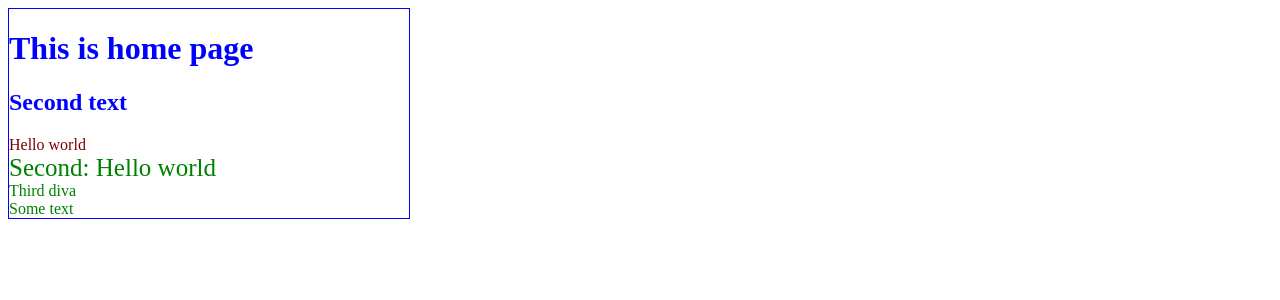
Repository: Vincerenko/Web-site
Page: http://localhost/index
An editor plug-in stored every save of this project. The page is shown before and after the next save, followed by the edit.
The browser window is 1280 px wide. The pictures show the whole page.
The page is this project's Thymeleaf template; nobody is signed in. The template is opened directly, without the code that normally fills it, so the values that code supplies are empty.

Above is the page before, as saved 2021-03-12 18:46:01.

### ckj_13_mvc/src/main/resources/templates/index.html
<!DOCTYPE html>
<html>
<head>
<meta charset="UTF-8">
<title>Home page</title>
<link rel="stylesheet" href="/style/demo.css">
</head>

<body>
	<div class="container">
		<h1>This is home page</h1>
		<h2>Second text</h2>
		<div id="first">Hello world</div>
		<div class="green_text big_text">Second: Hello world</div>
		<div class="green_text">Third diva</div>
		<span class="green_text">Some text</span>
	</div>
</body>
</html>

### ckj_13_mvc/src/main/resources/static/style/demo.css
@charset "UTF-8";
h1,h2 {
	color: blue;
	}
#first {
color:maroon;
}

.green_text{
 	color:green;
}
.big_text{
font-size: 25px;
}

.container{
	border: 1px double blue;
	width: 400px;
}

After the next save:
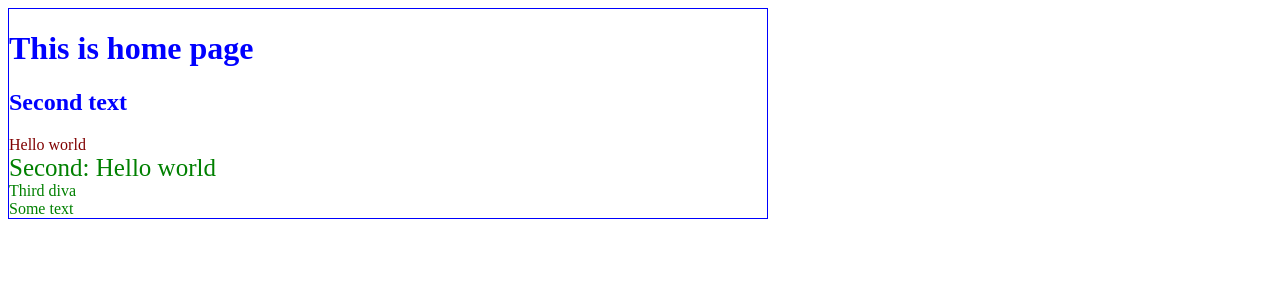
Saved 11 s later.
--- a/ckj_13_mvc/src/main/resources/static/style/demo.css
+++ b/ckj_13_mvc/src/main/resources/static/style/demo.css
@@ -15,5 +15,5 @@ font-size: 25px;
 
 .container{
 	border: 1px double blue;
-	width: 400px;
+	width: 60%;
 }
